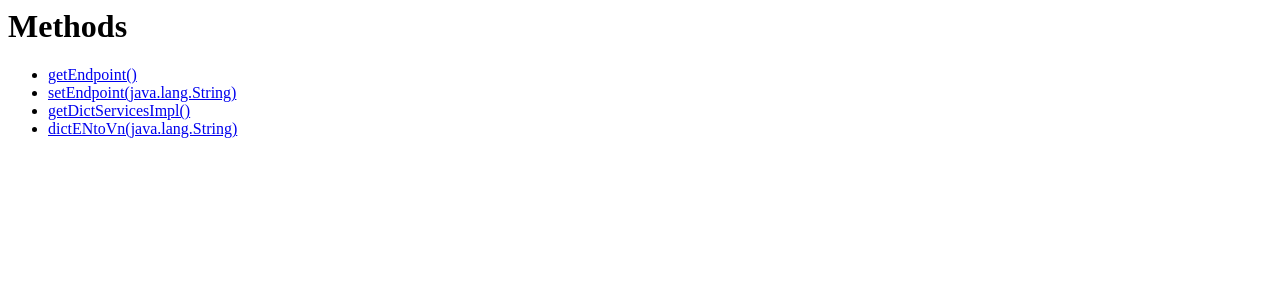
Repository: Dangg702/PTHTPT_JAVA
Page: http://localhost/SoapDictionaryClient/sampleDictServicesImplProxy/Method.jsp
The author's editor kept a copy of each file at every save. The page is drawn from the files as they stood at one save, then again after the next save.
The browser window is 1280 px wide. The pictures show the whole page.
The page is served by Tomcat 9. Other server files are loaded and not shown.

Above is the page before, as saved 2023-04-26 06:59:35.

### SoapDictionary/SoapDictionaryClient/WebContent/sampleDictServicesImplProxy/Method.jsp
<%@page contentType="text/html;charset=UTF-8"%><HTML>
<HEAD>
<TITLE>Methods</TITLE>
</HEAD>
<BODY>
<H1>Methods</H1>
<UL>
<LI><A HREF="Input.jsp?method=2" TARGET="inputs"> getEndpoint()</A></LI>
<LI><A HREF="Input.jsp?method=5" TARGET="inputs"> setEndpoint(java.lang.String)</A></LI>
<LI><A HREF="Input.jsp?method=10" TARGET="inputs"> getDictServicesImpl()</A></LI>
<LI><A HREF="Input.jsp?method=13" TARGET="inputs"> dictENtoVn(java.lang.String)</A></LI>
</UL>
</BODY>
</HTML>

After the next save:
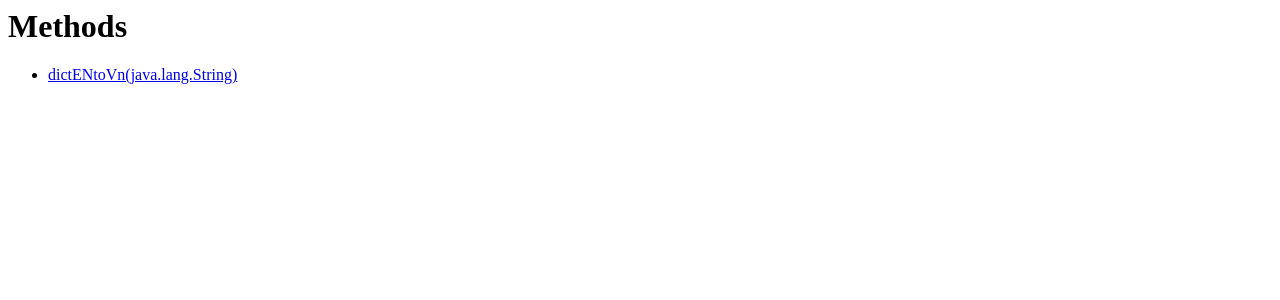
Saved 2 min 58 s later.
--- a/SoapDictionary/SoapDictionaryClient/WebContent/sampleDictServicesImplProxy/Method.jsp
+++ b/SoapDictionary/SoapDictionaryClient/WebContent/sampleDictServicesImplProxy/Method.jsp
@@ -5,10 +5,7 @@
 <BODY>
 <H1>Methods</H1>
 <UL>
-<LI><A HREF="Input.jsp?method=2" TARGET="inputs"> getEndpoint()</A></LI>
-<LI><A HREF="Input.jsp?method=5" TARGET="inputs"> setEndpoint(java.lang.String)</A></LI>
-<LI><A HREF="Input.jsp?method=10" TARGET="inputs"> getDictServicesImpl()</A></LI>
-<LI><A HREF="Input.jsp?method=13" TARGET="inputs"> dictENtoVn(java.lang.String)</A></LI>
+<LI><A HREF="Input.jsp?method=1" TARGET="inputs"> dictENtoVn(java.lang.String)</A></LI>
 </UL>
 </BODY>
 </HTML>
